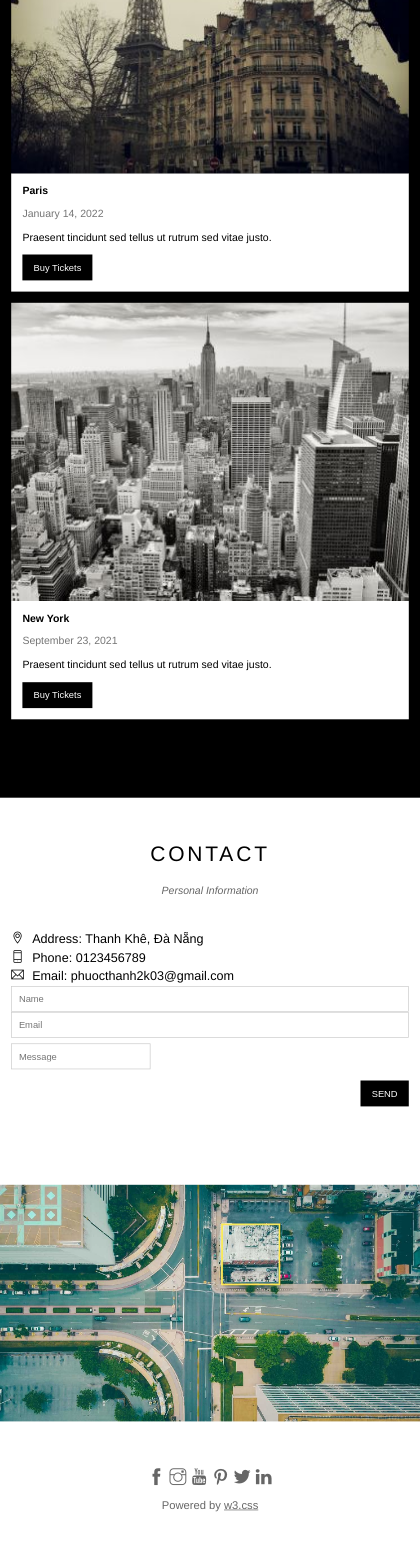
Repository: vophuocthanh/phuocthanhk03
Page: index.html
These files come from the project's save history. The page is drawn as it stood at one moment and after the next save; the edit follows.
The browser window is 600 px wide. The pictures show the part of the page from y = 2631 to 4871 px (the page is 4855 px tall before and 4871 px after), at 70% of full size.

Above is the page before, as saved 2022-04-25 23:36:38.

### index.html
<!DOCTYPE html>
<html lang="en">

<head>
    <meta charset="UTF-8" />
    <meta http-equiv="X-UA-Compatible" content="IE=edge" />
    <meta name="viewport" content="width=device-width, initial-scale=1.0" />
    <title>THE BAND</title>
    <link rel="icon" href="https://yt3.ggpht.com/QLk0PHIv9cFYiq03xr6gL67shtQ0vRDaTAz5WSpwSU3IEB005aZLbOnJ4rnF732VY7fgFszKig=s900-c-k-c0x00ffffff-no-rj" type="image/x-icon" />
    <link rel="stylesheet" href="./asset/css/style.css" />
    <link rel="stylesheet" href="./asset/css/responsive.css" />
    <link rel="stylesheet" href="/asset/icon/themify-icons/themify-icons.css">
</head>

<body>
    <div id="main">
        <div id="header">
            <!-- Begin : nav -->
            <ul id="nav">
                <li><a href="#">Home<a></li>
                <li><a href="#band">Band</a></li>
                <li><a href="#tour">Tour</a></li>
                <li><a href="#contact">Contact</a></li>
                <li>
                    <a href="#">
                        More
                        <i class="nav-arrow-down ti-angle-down"></i>
                    </a>
                    <ul class="subnav">
                        <li><a href="#">Merchandise</a></li>
                        <li><a href="#">Extras</a></li>
                        <li><a href="#">Media</a></li>
                    </ul>
                </li>
            </ul>
            <!-- End: nav -->

            <!-- Mobile menu botton -->
            <div id="mobile-menu" class="mobile-menu-btn">
                <i class="menu-icon ti-menu"></i>
            </div>

            <!--  Search button -->
            <div class="search-btn">
                <i class="search-icon ti-search"></i>
            </div>

        </div>

        <div id="slider">
            <div class="text-content">
                <h2 class="text-heading">Chicago</h2>
                <div class="text-description">Thank you, Chicago - A night we won't forget.</div>
            </div>
        </div>

        <div id="content">
            <!-- About section -->
            <div id="band" class="content-section">
                <h2 class="section-heading">THE BAND</h2>
                <p class="section-sub-heading">We love music</p>
                <p class="about-text">We have created a fictional band website. Lorem ipsum dolor sit amet, consectetur adipiscing elit, sed do eiusmod tempor incididunt ut labore et dolore magna aliqua. Ut enim ad minim veniam, quis nostrud exercitation ullamco laboris nisi
                    ut aliquip ex ea commodo consequat. Duis aute irure dolor in reprehenderit in voluptate velit esse cillum dolore eu fugiat nulla pariatur. Excepteur sint occaecat cupidatat non proident, sunt in culpa qui officia deserunt mollit anim
                    id est laborum consectetur adipiscing elit, sed do eiusmod tempor incididunt ut labore et dolore magna aliqua. Ut enim ad minim veniam, quis nostrud exercitation ullamco laboris nisi ut aliquip ex ea commodo consequat.</p>

                <div class="row members-list">
                    <div class=" col col-third s-col-full mt-32 text-center">
                        <p class="member-name">Name</p>
                        <img src="./asset/img/band/member1.jpg" alt="Name" class="member-img">
                    </div>

                    <div class=" col col-third s-col-full mt-32 text-center">
                        <p class="member-name">Name</p>
                        <img src="./asset/img/band/member1.jpg" alt="Name" class="member-img">
                    </div>

                    <div class=" col col-third s-col-full mt-32 text-center">
                        <p class="member-name">Name</p>
                        <img src="./asset/img/band/member1.jpg" alt="Name" class="member-img">
                    </div>
                    <div class="clear"></div>
                </div>
            </div>




            <!-- Tour section -->
            <div id="tour" class="tour-section">
                <div class="content-section">
                    <h2 class="section-heading
                    text-white">Điểm Du Lịch</h2>
                    <p class="section-sub-heading text-white">Remember to book your tickets!</p>

                    <!-- ticket -->

                    <ul class="ticket-list">
                        <li>September <span class="sold-out">Sold out</span></li>
                        <li>Octoberr <span class="sold-out">Sold out</span></li>
                        <li>November <span class="quantily">3</span></li>
                    </ul>

                    <!-- Places -->
                    <div class="row place-list">
                        <div class="col col-third s-col-full mt-16">
                            <img src="./asset/img/places/place1.jpg" alt="New York" class="place-img">
                            <div class="place-body">
                                <h3 class="place-heading">New York</h3>
                                <p class="place-time">
                                    February 25, 2022</p>
                                <p class="place-desc">Praesent tincidunt sed tellus ut rutrum sed vitae justo.</p>
                                <button class="btn s-full-width js-buy-ticket">Buy Tickets</button>
                            </div>
                        </div>
                        <div class="col col-third s-col-full mt-16">
                            <img src="./asset/img/places/place2.jpg" alt="New York" class="place-img">
                            <div class="place-body">
                                <h3 class="place-heading">Paris</h3>
                                <p class="place-time">January 14, 2022</p>
                                <p class="place-desc">Praesent tincidunt sed tellus ut rutrum sed vitae justo.</p>
                                <button class="btn s-full-width js-buy-ticket">Buy Tickets</button>
                            </div>
                        </div>
                        <div class="col col-third s-col-full mt-16">
                            <img src="./asset/img/places/place1.jpg" alt="New York" class="place-img">
                            <div class="place-body">
                                <h3 class="place-heading">New York</h3>
                                <p class="place-time">September 23, 2021</p>
                                <p class="place-desc">Praesent tincidunt sed tellus ut rutrum sed vitae justo.</p>
                                <button class="btn s-full-width js-buy-ticket">Buy Tickets</button>
                            </div>
                        </div>

                    </div>
                </div>

            </div>
            <!--Begin: Contact section -->
            <div id="contact" class="content-section">
                <h2 class="section-heading">CONTACT</h2>
                <p class="section-sub-heading">Personal Information</p>
                <div class="row contact-content">
                    <div class="col col-half s-col-full
                    contact-info">
                        <p><i class="ti-location-pin"></i>Address: Thanh Khê, Đà Nẵng</p>
                        <p><i class="ti-mobile"></i>Phone: 0123456789</p>
                        <p><i class="ti-email"></i>Email: phuocthanh2k03@gmail.com</p>
                    </div>
                    <div class="col col-half s-col-full contact-form">
                        <form action="">
                            <div class="row">
                                <div class="col col-half s-col-full">
                                    <input type="text" name="" placeholder="Name" required id="" class="form-control">
                                </div>
                                <div class="col col-half s-col-full">
                                    <input type="email" name="" placeholder="Email" required id="" class="form-control">
                                </div>
                            </div>
                            <div class="row mt-8">
                                <div class="col col-full">
                                    <input type="text" name="" placeholder="Message" required id="" class="form-control">
                                </div>
                            </div>

                            <input class="btn pull-right mt-16" type="submit" value="SEND">

                        </form>
                    </div>
                </div>
            </div>
            <!--End: Contact section -->

            <div class="map-section">
                <img src="./asset/img/map.jpg" alt="Map">
            </div>
            <!-- Footer -->
            <div id="footer">
                <div class="socials-list">
                    <a href="https://www.facebook.com/thanh.vophuoc.50"><i class="ti-facebook"></i></a>
                    <a href="https://www.instagram.com/phuocthanh2k03/"><i class="ti-instagram"></i></a>
                    <a href="https://www.youtube.com/channel/UCv4FMOEpSPblAIC55uEvW2w"><i class="ti-youtube"></i></a>
                    <a href="https://www.facebook.com/cot071024"><i class="ti-pinterest"></i></a>
                    <a href=""><i class="ti-twitter-alt"></i></a>
                    <a href="https://www.linkedin.com/in/th%E1%BA%A1nh-v%C3%B5-ph%C6%B0%E1%BB%9Bc-747813233/"><i class="ti-linkedin"></i></a>
                </div>
                <p class="copyright">Powered by
                    <a href="">w3.css</a>
                </p>
            </div>
        </div>
        <div class="modal js-modal">
            <div class="modal-container js-modal-container">
                <div class="modal-close js-modal-close">
                    <i class="ti-close"></i>
                </div>
                <header class="modal-header">
                    <i class="modal-heading-icon ti-bag"></i> Tickets
                </header>
                <div class="modal-body">
                    <label for="ticket-quantity" class="modal-label">
                        <i class="ti-shopping-cart"></i>
                        Tickets, $15 per person
                    </label>
                    <input id="ticket-quantity" type="text" class="modal-input" placeholder="How many?">

                    <label for="ticket-email" class="modal-label">
                        <i class="ti-user"></i>
                        Send to
                    </label>
                    <input id="ticket-email" type="email" class="modal-input" placeholder="Enter email...">


                    <button id="buy-tickets">
                        Pay <i class="ti-check"></i>
                    </button>
                </div>


                <footer class="modal-footer">
                    <p class="modal-help">Need <a href="">help?</a></p>
                </footer>
            </div>
        </div>


        <script>
            var header = document.getElementById('header');
            var mobileMenu = document.getElementById('mobile-menu');
            var headerHeight = header.clientHeight;
            //    Dong/mo menu mobile
            mobileMenu.onclick = function() {
                var isClosed = header.clientHeight == headerHeight;
                if (isClosed) {
                    header.style.height = 'auto';
                } else {
                    header.style.height = null;
                }
            }

            // Tự đọng khi chọn menu
            var menuItems = document.querySelectorAll('#nav li a[href*="#"]');
            for (var i = 0; i < menuItems.length; i++) {
                var menuItem = menuItems[i];

                menuItem.onclick = function(event) {
                    var isParentMenu = this.nextElementSibling && this.nextElementSibling.classList.contains('subnav');
                    if (isParentMenu) {

                        event.preventDefault();
                    } else {
                        header.style.height = null;
                    }
                }
            }
        </script>


        <!-- <script>
            const buyBtns = document.querySelectorAll('.js-buy-ticket')

            const modal = document.querySelector('.js-modal')
            const modalContainer = document.querySelector('.js-modal-container')
            const modalclose = document.querySelector('.js-modal-close')
                // hàm hiển thị modal mua vé (thêm class vào open vào modal)
            function showBuytickets() {
                modal.classList.add('open')
            }
            // hàm ẩn modal mua vé (gỡ bỏ class vào open của modal)
            function hideBuytickets() {
                modal.classList.remove('open')
            }
            //lặp qua từng thẻ button và nghe hành vi click
            for (const buyBtn of buyBtns) {
                buyBtn.addEventListener('click', showBuytickets)
            }
            // nghe hành vi click vào button close
            modalclose.addEventListener('click', hideBuytickets)

            modal.addEventListener('click', hideBuytickets)

            modalContainer.addEventListener('click', function(event) {
                event.stopPropagation()
            })
        </script> -->

</body>

</html>

### asset/css/style.css
/*Reset*/

* {
    padding: 0;
    margin: 0;
    box-sizing: border-box;
}

html {
    scroll-behavior: smooth;
    font-family: Helvetica, Arial, sans-serif;
}


/*
 1. Từ ngoài vào trong
 2. Trên xuống dưới
 3. Từ tổng quan đến chi tiết

*/


/*
1. Vị Trí
2. Màu Sắc
3. Kích Thước
4.Kiểu Dáng */

.clear {
    clear: both;
}

.text-white {
    color: #fff !important;
}

.text-center {
    text-align: center !important;
}

.pull-right {
    float: right !important;
}

.btn {
    background-color: #000;
    color: #fff;
    text-decoration: none;
    padding: 11px 16px;
    display: inline-block;
    margin-top: 15px;
    border: none;
}

.btn:hover {
    color: #000;
    background-color: #ccc;
    cursor: pointer;
}

.row {
    margin-left: -8px;
    margin-right: -8px;
}

.row::after {
    content: " ";
    display: block;
    clear: both;
}

.col {
    float: left;
    padding-left: 8px;
    padding-right: 8px;
}

.col-half {
    width: 50%;
}

.col-third {
    width: 33.3333%;
}

.mt-8 {
    margin-top: 8px !important;
}

.mt-16 {
    margin-top: 16px !important;
}

.mt-32 {
    margin-top: 32px !important;
}

#main {}

#header {
    position: fixed;
    top: 0;
    left: 0;
    right: 0;
    height: 46px;
    background-color: #000;
    z-index: 1;
}

#nav {
    display: inline-block;
}

.subnav {
    list-style-type: none;
}

#nav>li {
    display: inline-block;
}

#nav li {
    position: relative;
}

#nav>li>a {
    color: #fff;
    text-transform: uppercase;
}

#nav li a {
    color: #fff;
    text-decoration: none;
    line-height: 46px;
    padding: 0 24px;
    display: block;
}

#nav li:hover .subnav {
    display: block;
}

#nav>li:hover>a,
#nav .subnav li:hover {
    color: #000;
    background-color: #ccc;
}

#nav .subnav {
    display: none;
    position: absolute;
    top: 100%;
    left: 0;
    min-width: 160px;
    background-color: #fff;
    box-shadow: 0 0 10px rgba(0, 0, 0, 0.3);
}

#nav .subnav a {
    color: #000;
    padding: 0 12px;
}

#nav .nav-arrow-down {
    font-size: 14px;
}

#header .mobile-menu-btn {
    position: absolute;
    top: 0;
    right: 0;
    display: none;
}

#header.mobile-menu-btn,
#header .search-btn {
    float: right;
    padding: 0 21px;
}

#header .search-btn:hover {
    cursor: pointer;
    background-color: #f44336;
}

#header .mobile-menu-btn:hover {
    background-color: #ccc;
}

#header .mobile-menu-btn:hover .menu-icon {
    color: #000;
}

#header .menu-icon,
#header .search-icon {
    color: #fff;
    font-size: 20px;
    line-height: 46px;
}

#slider {
    position: relative;
    margin-top: 46px;
    padding-top: 50%;
    background: url("../img/slider/slider1.jpg") top center / cover no-repeat;
}

#slider .text-content {
    position: absolute;
    bottom: 47px;
    color: #fff;
    left: 50%;
    transform: translate(-50%);
    text-align: center;
}

#slider .text-headin {
    font-weight: 500;
    font-size: 24px;
}

#slider .text-description {
    font-size: 15px;
    margin-top: 25px;
}

#content {}

#content .content-section {
    width: 800px;
    max-width: 100%;
    padding: 64px 0 112px;
    margin-left: auto;
    margin-right: auto;
    padding-left: 16px;
    padding-right: 16px;
}

#content .section-heading {
    font-size: 30px;
    font-weight: 500;
    text-align: center;
    letter-spacing: 4px;
}

#content .section-sub-heading {
    font-size: 15px;
    text-align: center;
    margin-top: 25px;
    font-style: italic;
    opacity: 0.6;
}

#content .about-text {
    font-size: 15px;
    margin-top: 25px;
    text-align: justify;
    line-height: 1.4;
}

#content .members-list {
    margin-top: 32px;
}

#content .member-name {
    font-size: 15px;
}

#content .member-img {
    width: 154px;
    margin-top: 15px;
    border-radius: 4%;
}


/* Tour-section */

.tour-section {
    background-color: #000;
}

.ticket-list {
    background-color: #fff;
    list-style: none;
    margin-top: 40px;
}

.ticket-list li {
    color: #757575;
    font-size: 15px;
    padding: 11px 16px;
    border-bottom: 1px solid #ddd;
}

.ticket-list .sold-out {
    background-color: #f44336;
    color: #fff;
    padding: 3px 4px;
    margin-left: 16px;
}

.ticket-list .quantily {
    float: right;
    width: 24px;
    height: 24px;
    background-color: #000;
    color: #fff;
    border-radius: 50%;
    text-align: center;
    line-height: 24px;
    margin-top: -3px;
}


/* Places */

.place-list {
    margin-top: 16px;
}

.place-img {
    width: 100%;
    display: block;
}

.place-img:hover {
    opacity: 0.6;
}

.place-body {
    padding: 16px;
    font-size: 15px;
    background-color: #fff;
}

.place-heading {
    font-size: 15px;
    font-weight: 600;
}

.place-time {
    margin-top: 15px;
    color: #757575;
}

.place-desc {
    margin-top: 15px;
    line-height: 1.4;
}

.place-buy-btn {
    background-color: #000;
    color: #fff;
    text-decoration: none;
    padding: 11px 16px;
    display: inline-block;
    margin-top: 15px;
}

.place-buy-btn:hover {
    color: #000;
    background-color: #ccc;
}


/* Contact Form */

.contact-content {
    margin-top: 48px;
}

.contact-info {
    font-size: 18px;
    line-height: 1.5;
}

.contact-info i[class*="ti-"] {
    width: 30px;
    display: inline-block;
}

.contact-form {
    font-size: 15px;
}

.contact-form .form-control {
    padding: 10px;
    border: 1px solid #ccc;
    width: 100%;
}


/* Map section */

.map-section img {
    width: 100%;
}


/* Foote section */

#footer {
    padding: 64px 16px;
    text-align: center;
}

#footer .socials-list {
    font-size: 24px;
}

#footer .socials-list a {
    color: rgba(0, 0, 0, 0.6);
    text-decoration: none;
}

#footer .copyright a:hover,
#footer .socials-list a:hover {
    color: rgba(0, 0, 0, 0.4);
}

#footer .copyright {
    margin-top: 15px;
    color: rgba(0, 0, 0, 0.6);
}

#footer .copyright a {
    color: rgba(0, 0, 0, 0.6);
}


/* Modal */

.modal {
    position: fixed;
    top: 0;
    right: 0;
    bottom: 0;
    left: 0;
    background-color: rgba(0, 0, 0, 0.4);
    align-items: center;
    justify-content: center;
    display: none;
}

.modal-container {
    background-color: #fff;
    width: 900px;
    max-width: calc(100% - 32px);
    min-height: 200px;
    position: relative;
    animation: modalFaceIn ease 0.5s;
}

.modal-header {
    background-color: #009688;
    height: 129px;
    display: flex;
    align-items: center;
    justify-content: center;
    font-size: 30px;
    color: #fff;
}

.modal-heading-icon {
    margin-right: 16px;
}

.modal-close:hover {
    opacity: 1;
}

.modal-close {
    position: absolute;
    right: 0;
    top: 0;
    color: #fff;
    padding: 10px;
    cursor: pointer;
    opacity: 0.8;
}

.modal-body {
    padding: 16px;
}

.modal-label {
    display: block;
    font-size: 15px;
    margin-bottom: 12px;
}

.modal-input {
    border: 1px solid #ccc;
    width: 100%;
    padding: 10px;
    font-size: 15px;
    margin-bottom: 24px;
}

#buy-tickets {
    background: #009688;
    border: none;
    color: #fff;
    width: 100%;
    font-size: 15px;
    text-transform: uppercase;
    padding: 18px;
    cursor: pointer;
}

#buy-tickets:hover {
    opacity: 0.9;
}

.modal-footer {
    padding: 16px;
    text-align: right;
    color: #2196f3;
}

.modal-footer a {
    color: #2196f3;
}

@keyframes modalFaceIn {
    from {
        opacity: 0;
        transform: translateY(-140px);
    }
    to {
        opacity: 1;
        transform: translateY(0);
    }
}

### asset/css/responsive.css
/* PC */


/* Tren 1024px thi se chay duoc */

@media (min-width: 1024px) {}


/* Tablet */


/* Tren 740 va duoi 1023px thi tablet se chay duoc */

@media (min-width: 740px) and (max-width: 1023px) {}


/*
    Mobile
 */


/* Duoi 740px thi se chay duoc */

@media (max-width: 740px) {
    .s-col-full {
        width: 100%;
    }
    #header {
        overflow: hidden;
    }
    #header .mobile-menu-btn {
        display: block;
    }
    #header .search-btn {
        display: none;
    }
    #nav {
        display: block;
    }
    #nav li a {
        padding: 1px 24px;
    }
    #nav>li {
        display: block;
    }
    #nav>li:first-child {
        display: inline-block;
    }
    #nav .subnav {
        position: initial;
        background-color: #333;
    }
    #nav .subnav a {
        color: #fff;
        padding: 5px 41px;
    }
    #content .menber-img {
        width: 60%;
    }
    #contact-form {
        margin-top: 16px;
    }
}

Loaded but not shown: asset/icon/themify-icons/themify-icons.css (common file)

After the next save:
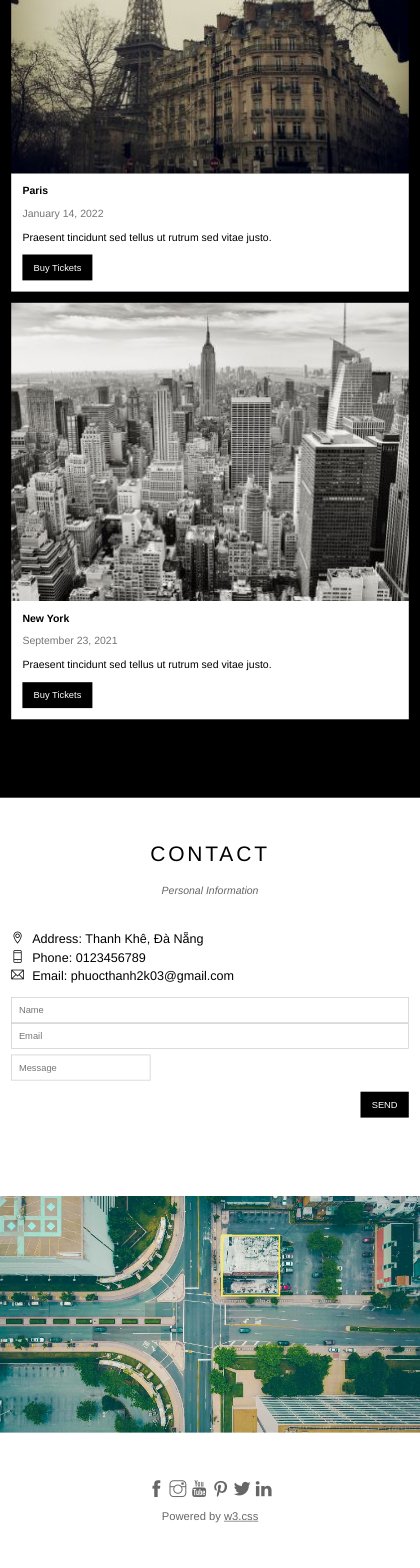
Saved 69 s later.
--- a/asset/css/responsive.css
+++ b/asset/css/responsive.css
@@ -57,7 +57,7 @@
     #content .menber-img {
         width: 60%;
     }
-    #contact-form {
+    .contact-form {
         margin-top: 16px;
     }
 }

After the save that followed:
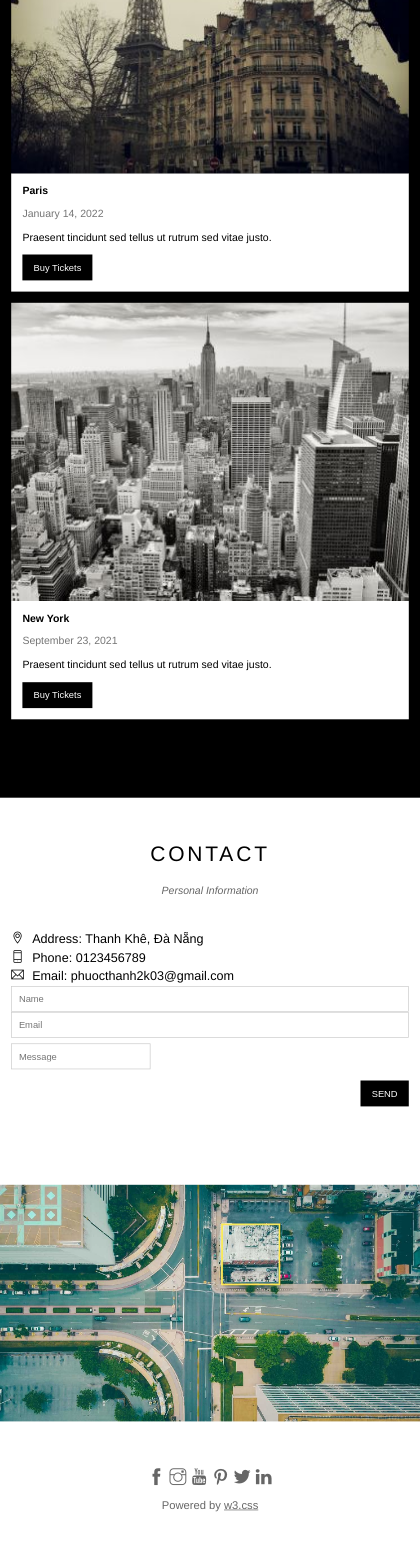
Saved 4 min 9 s later.
--- a/asset/css/responsive.css
+++ b/asset/css/responsive.css
@@ -57,7 +57,7 @@
     #content .menber-img {
         width: 60%;
     }
-    .contact-form {
+    /* .contact-form {
         margin-top: 16px;
-    }
+    } */
 }
